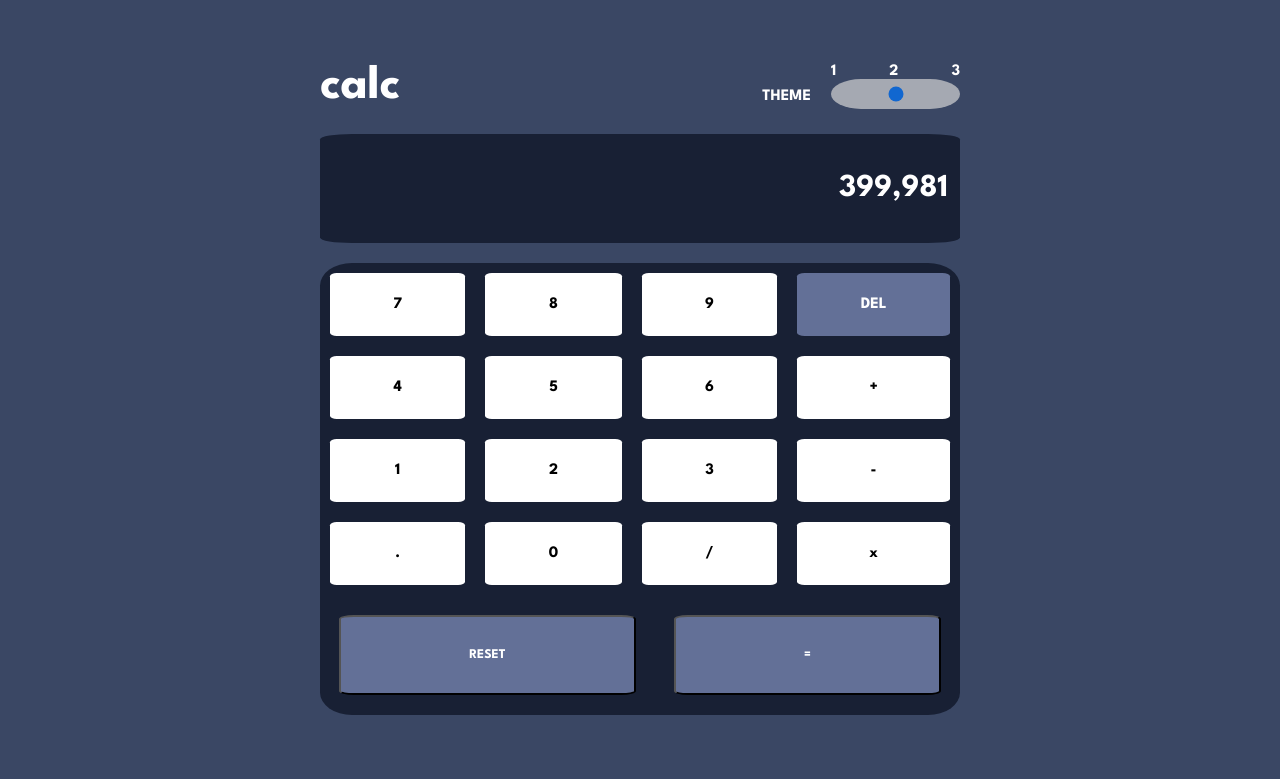
Repository: DevLaukey/calc-with-css-js
Page: index.html
These files come from the project's save history. The page is drawn as it stood at one moment and after the next save; the edit follows.
The browser window is 1280 px wide. The pictures show the whole page.

Above is the page before, as saved 2022-05-18 14:42:09.

After the next save:
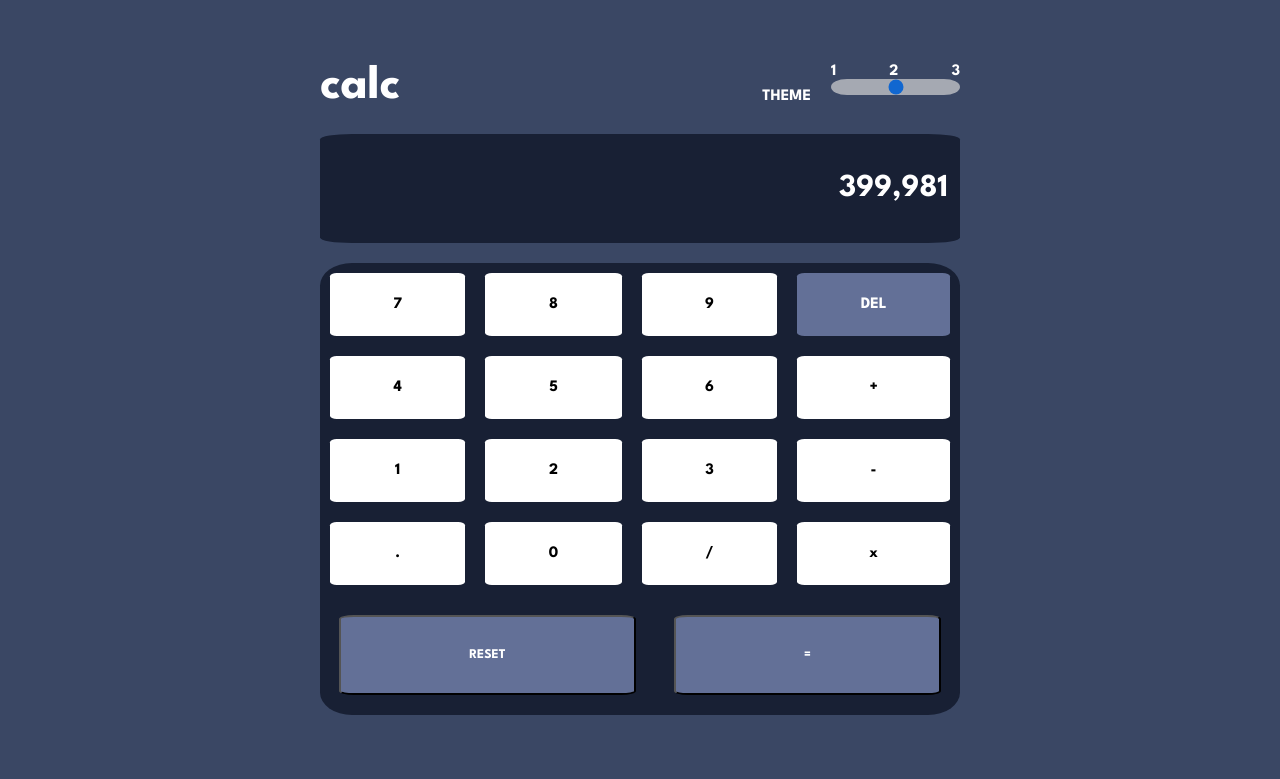
Saved 11 s later.
--- a/styles.css
+++ b/styles.css
@@ -51,7 +51,7 @@ body {
 .slider {
   -webkit-appearance: none;
   /* width: 100%; */
-  height: 30px;
+  /* height: 30px; */
   width: 100%;
   background: #d3d3d3;
 	border-radius: 50px/25px;
